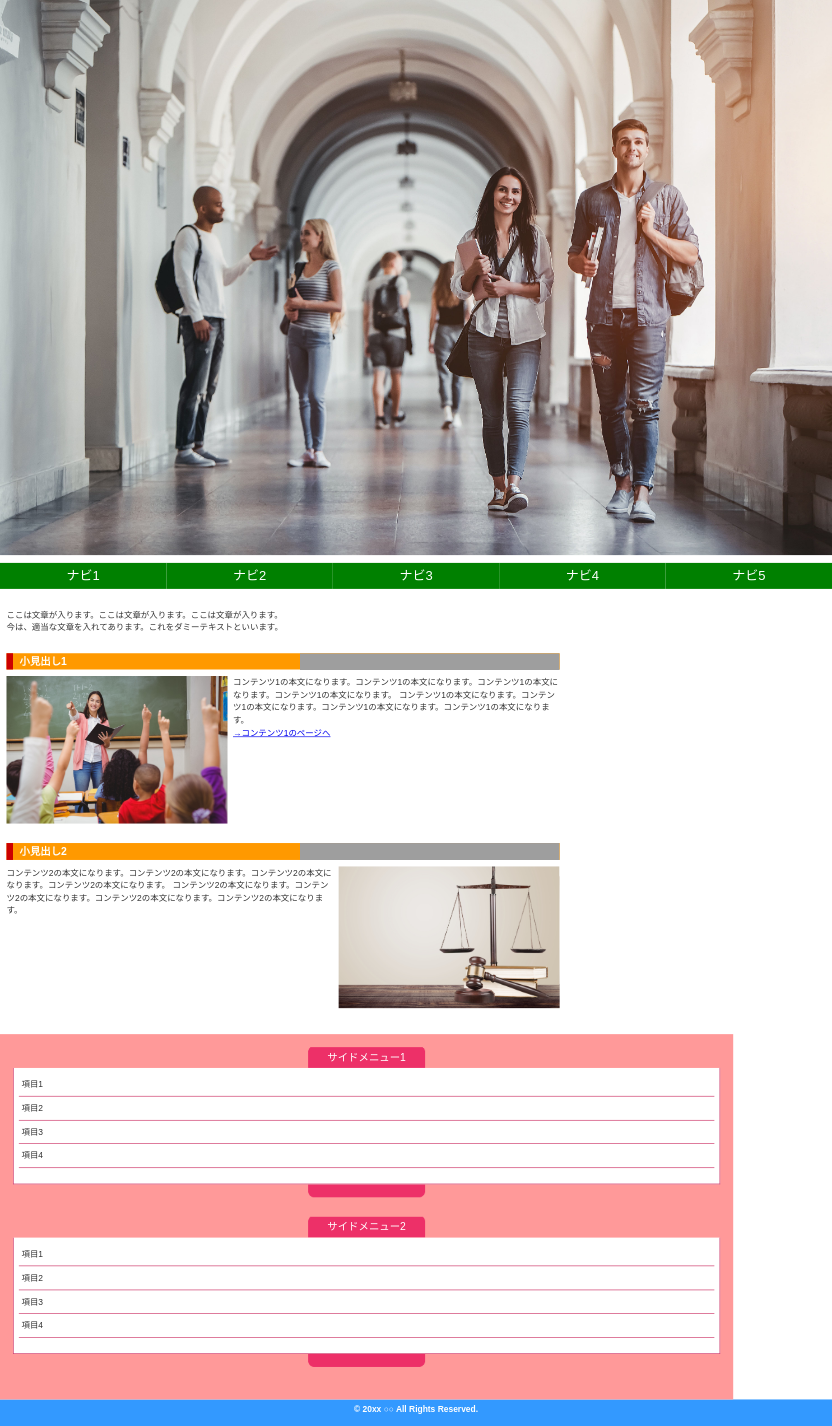
Repository: hasegawa8888/samurai_HTML-CSS
Page: home.html
The author's editor kept a record of every edit. The page is drawn from the files as they stood at one moment, then again after the next edit.
The browser window is 1280 px wide. The pictures show the whole page, at 65% of full size.
Pictures or frames that could not be fetched are drawn as grey boxes.

Above is the page before.

After the next edit:
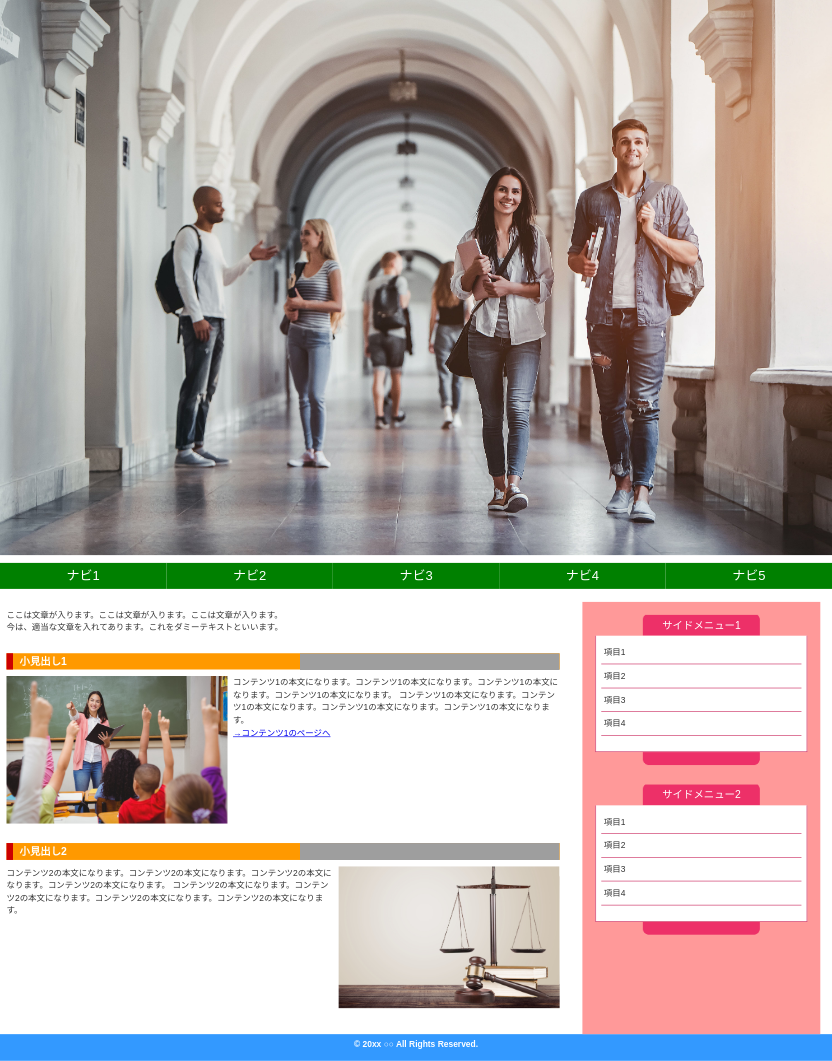
The edit:
--- a/home.html
+++ b/home.html
@@ -42,28 +42,28 @@
                         </p>
                     </div>
                 </div>
-            </div>
-            <div id="side">
-                <div class="box">
-                    <h2>サイドメニュー1</h2>
-                    <div class="boxBody">
-                        <ul>
-                            <li>項目1</li>
-                            <li>項目2</li>
-                            <li>項目3</li>
-                            <li>項目4</li>
-                        </ul>
+                <div id="side">
+                    <div class="box">
+                        <h2>サイドメニュー1</h2>
+                        <div class="boxBody">
+                            <ul>
+                                <li>項目1</li>
+                                <li>項目2</li>
+                                <li>項目3</li>
+                                <li>項目4</li>
+                            </ul>
+                        </div>
                     </div>
-                </div>
-                <div class="box">
-                    <h2>サイドメニュー2</h2>
-                    <div class="boxBody">
-                        <ul>
-                            <li>項目1</li>
-                            <li>項目2</li>
-                            <li>項目3</li>
-                            <li>項目4</li>
-                        </ul>
+                    <div class="box">
+                        <h2>サイドメニュー2</h2>
+                        <div class="boxBody">
+                            <ul>
+                                <li>項目1</li>
+                                <li>項目2</li>
+                                <li>項目3</li>
+                                <li>項目4</li>
+                            </ul>
+                        </div>
                     </div>
                 </div>
             </div>
